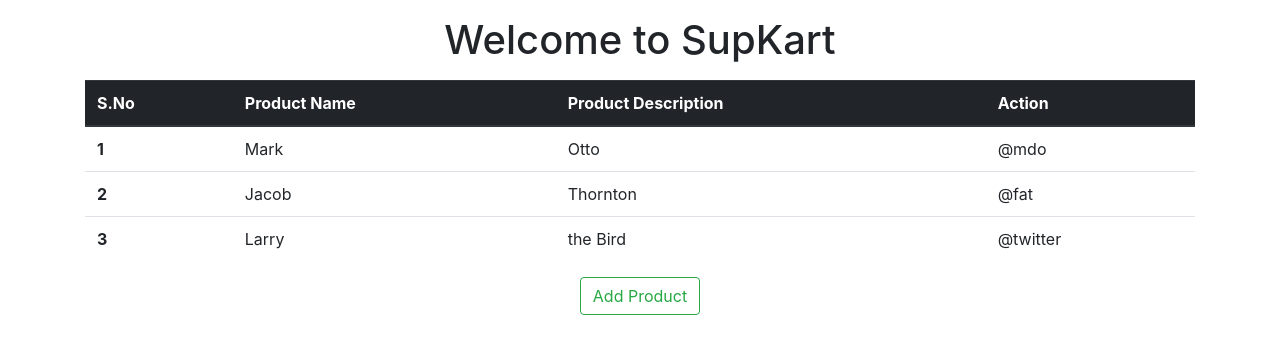
Repository: supranshu/Shoppig_CRUD_Website
Page: http://localhost/productcrudapp/WEB-INF/views/index.jsp
An editor plug-in stored every save of this project. The page is shown before and after the next save, followed by the edit.
The browser window is 1280 px wide. The pictures show the whole page.
Some web libraries are served in a nearby version. The page is served by Tomcat 9. Nobody is signed in. Other server files are loaded and not shown. The template is opened directly, without the code that normally fills it, so the values that code supplies are empty.

Above is the page before, as saved 2023-06-09 11:19:51.

### productcrudapp/src/main/webapp/WEB-INF/views/index.jsp
<html>
<head>
<%@include file="./base.jsp" %>
<%@ page language="java" contentType="text/html; charset=UTF-8"
    pageEncoding="UTF-8"%>
    <%@page isELIgnored="false" %>
<%@taglib prefix="c" uri="http://java.sun.com/jsp/jstl/core" %>
</head>


<body>
<div class="container mt-3">
	<div class="row">
		<div class="col-md-12">
			<h1 class="text-center mb-3">Welcome to SupKart</h1>
			<table class="table">
  <thead class="thead-dark">
    <tr>
      <th scope="col">S.No</th>
      <th scope="col">Product Name</th>
      <th scope="col">Product Description</th>
      <th scope="col">Action</th>
    </tr>
  </thead>
  <tbody>
    <tr>
      <th scope="row">1</th>
      <td>Mark</td>
      <td>Otto</td>
      <td>@mdo</td>
    </tr>
    <tr>
      <th scope="row">2</th>
      <td>Jacob</td>
      <td>Thornton</td>
      <td>@fat</td>
    </tr>
    <tr>
      <th scope="row">3</th>
      <td>Larry</td>
      <td>the Bird</td>
      <td>@twitter</td>
    </tr>
  </tbody>

</table>
<div class="container text-center">
  	<a href="add-product" class="btn btn-outline-success">Add Product</a>
  </div>

		</div>
	</div>
</div>

</body>
</html>

### productcrudapp/src/main/webapp/WEB-INF/views/base.jsp
<%@ page language="java" contentType="text/html; charset=UTF-8"
    pageEncoding="UTF-8"%>

    <meta name="viewport" content="width=device-width, initial-scale=1, shrink-to-fit=no">

<%@page isELIgnored="false" %>
<%@taglib prefix="c" uri="http://java.sun.com/jsp/jstl/core" %>
<link rel="stylesheet" href="https://cdn.jsdelivr.net/npm/bootstrap@4.0.0/dist/css/bootstrap.min.css" integrity="sha384-Gn5384xqQ1aoWXA+058RXPxPg6fy4IWvTNh0E263XmFcJlSAwiGgFAW/dAiS6JXm" crossorigin="anonymous">
<script src="https://code.jquery.com/jquery-3.2.1.slim.min.js" integrity="sha384-KJ3o2DKtIkvYIK3UENzmM7KCkRr/rE9/Qpg6aAZGJwFDMVNA/GpGFF93hXpG5KkN" crossorigin="anonymous"></script>
<script src="https://cdn.jsdelivr.net/npm/popper.js@1.12.9/dist/umd/popper.min.js" integrity="sha384-ApNbgh9B+Y1QKtv3Rn7W3mgPxhU9K/ScQsAP7hUibX39j7fakFPskvXusvfa0b4Q" crossorigin="anonymous"></script>
<script src="https://cdn.jsdelivr.net/npm/bootstrap@4.0.0/dist/js/bootstrap.min.js" integrity="sha384-JZR6Spejh4U02d8jOt6vLEHfe/JQGiRRSQQxSfFWpi1MquVdAyjUar5+76PVCmYl" crossorigin="anonymous"></script>
<title><c:out value="${title }">Product Crud App</c:out></title>

After the next save:
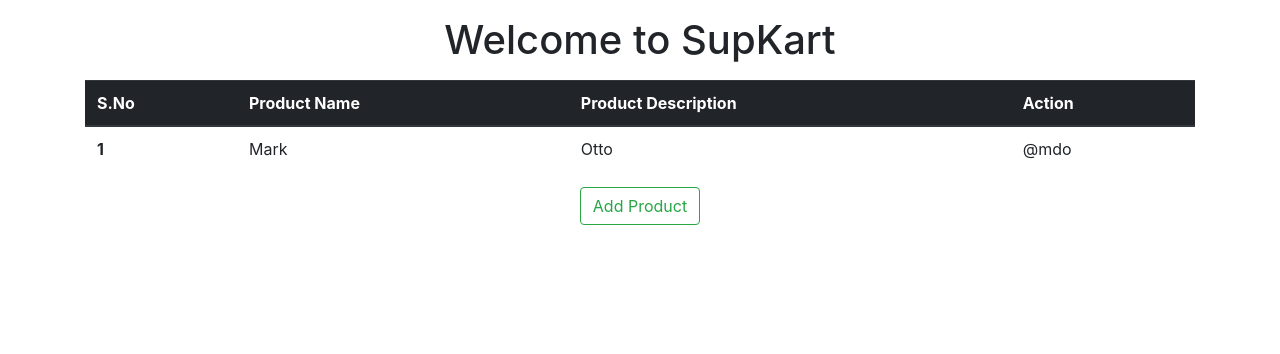
Saved 24 s later.
--- a/productcrudapp/src/main/webapp/WEB-INF/views/index.jsp
+++ b/productcrudapp/src/main/webapp/WEB-INF/views/index.jsp
@@ -29,18 +29,7 @@
       <td>Otto</td>
       <td>@mdo</td>
     </tr>
-    <tr>
-      <th scope="row">2</th>
-      <td>Jacob</td>
-      <td>Thornton</td>
-      <td>@fat</td>
-    </tr>
-    <tr>
-      <th scope="row">3</th>
-      <td>Larry</td>
-      <td>the Bird</td>
-      <td>@twitter</td>
-    </tr>
+
   </tbody>
 
 </table>
